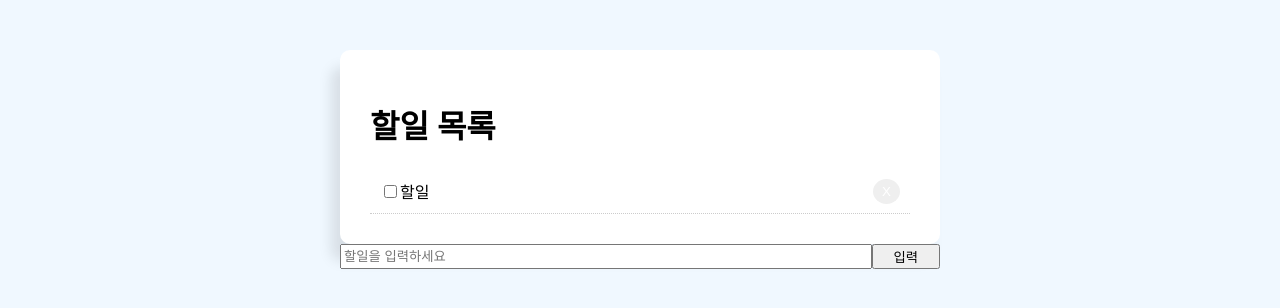
Repository: siwon9898/react-learn
Page: /
The author's editor kept a copy of each file at every save. The page is drawn from the files as they stood at one save, then again after the next save.
The browser window is 1280 px wide. The pictures show the whole page.
The project was rebuilt for these pictures with package versions that can differ from the ones it lists, and the page was loaded fresh each time.

Above is the page before, as saved 2023-03-29 16:20:38.

After the next save:
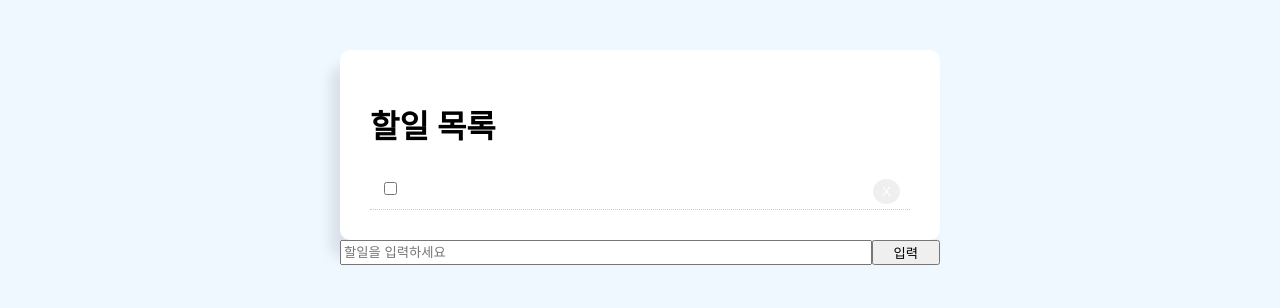
Saved 25 s later.
--- a/src/App.js
+++ b/src/App.js
@@ -167,7 +167,7 @@ export default class App extends React.Component {
                 onChange={() => this.handleCompleteChange(data.id)}
               />
               {/* {this.data.title} */}
-              할일
+
               <button
                 style={this.btnStyle}
                 onClick={() => this.handleClick(data.id)}
